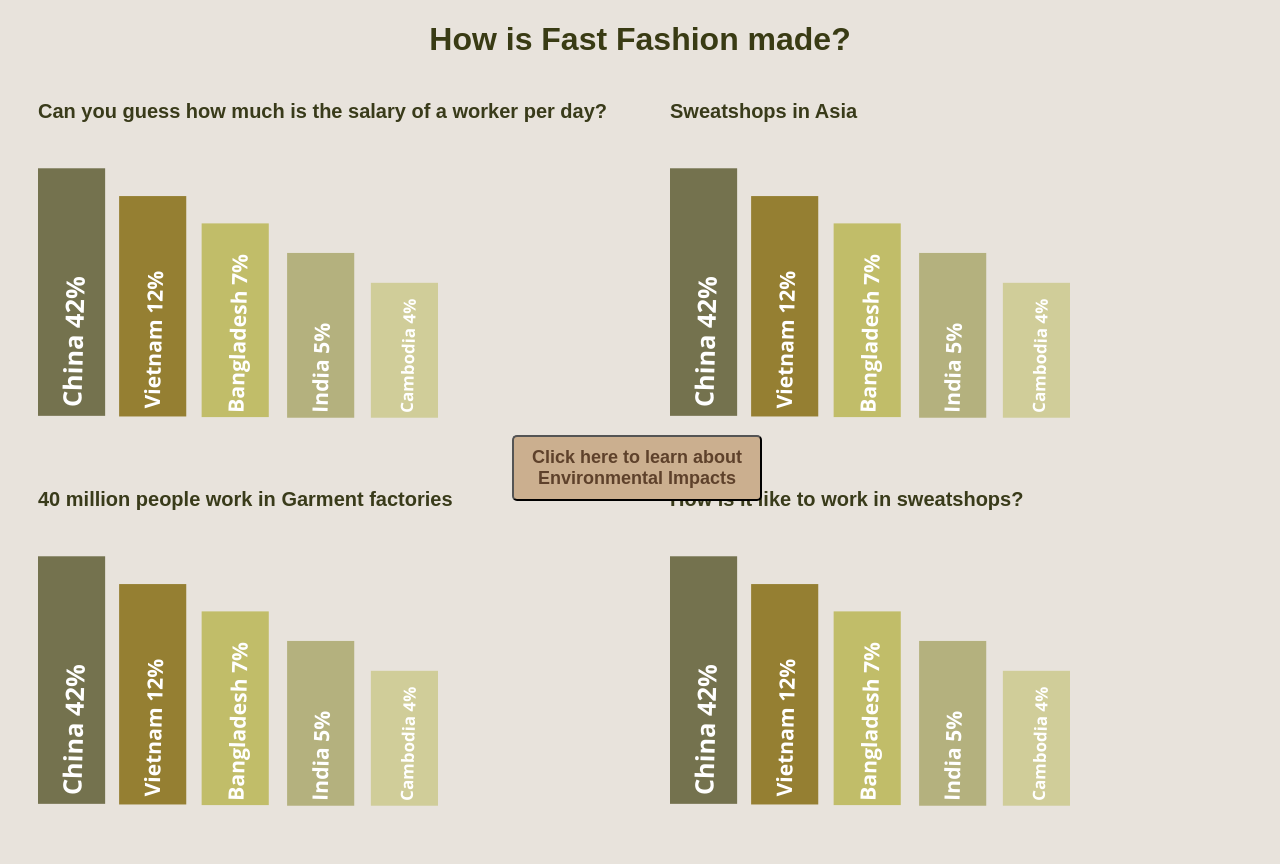
Repository: DevOfHockey/mdia-2190-midterm
Page: fashionlabor.html
These files come from the project's save history. The page is drawn as it stood at one moment and after the next save; the edit follows.
The browser window is 1280 px wide. The pictures show the whole page.

Above is the page before, as saved 2022-03-01 22:18:31.
Console error: TypeError: Cannot set properties of null (setting 'src')

After the next save:
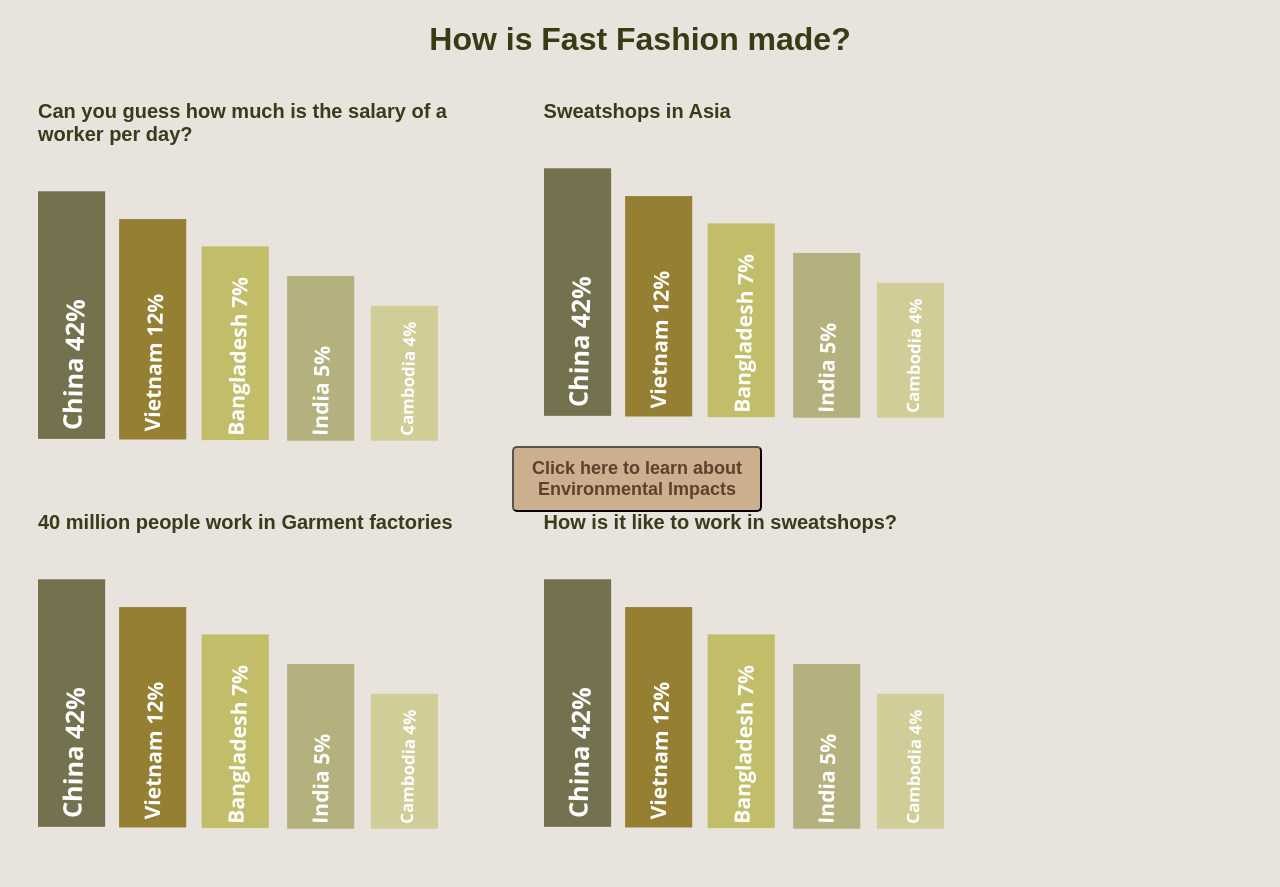
Saved 14 s later.
--- a/fashionlabor.css
+++ b/fashionlabor.css
@@ -8,7 +8,7 @@ body {
 }
 #info {
     display: grid;
-    grid-template-columns: 2fr 2fr;
+    grid-template-columns: 2fr 3fr;
 }
 button {
     background-color: #CBAF8F;
